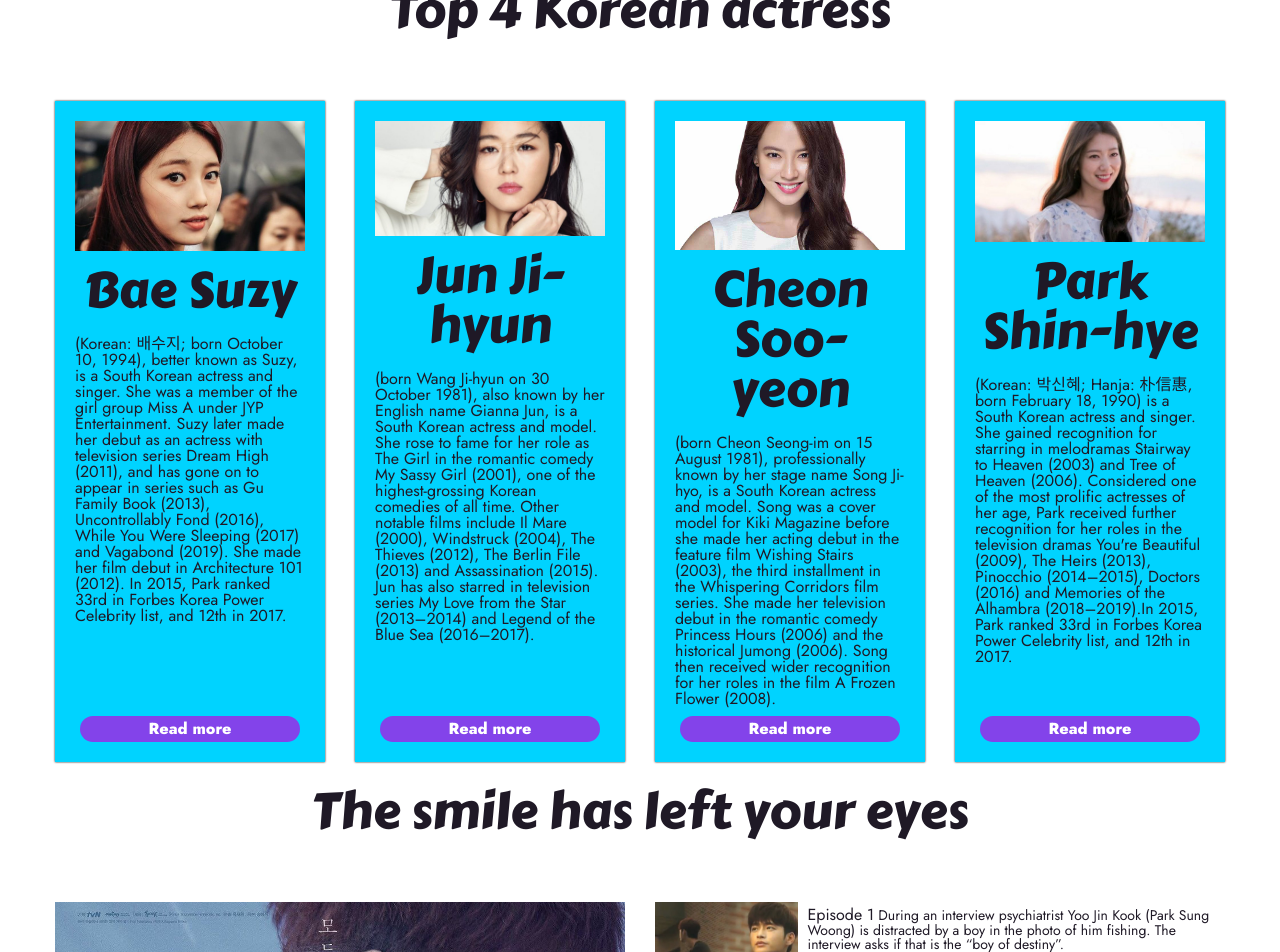
Repository: michalskirobert/K-drama-website
Page: index.html
An editor plug-in stored every save of this project. The page is shown before and after the next save, followed by the edit.
The browser window is 1280 px wide. The pictures show the part of the page from y = 585 to 1537 px (the page is 2857 px tall before and 2752 px after).
A picture or video elsewhere on the page could not be fetched, so the positions and the page height are approximate. Some web fonts or font styles are not loaded; a fallback is used.

Above is the page before, as saved 2020-10-26 21:35:22.

After the next save:
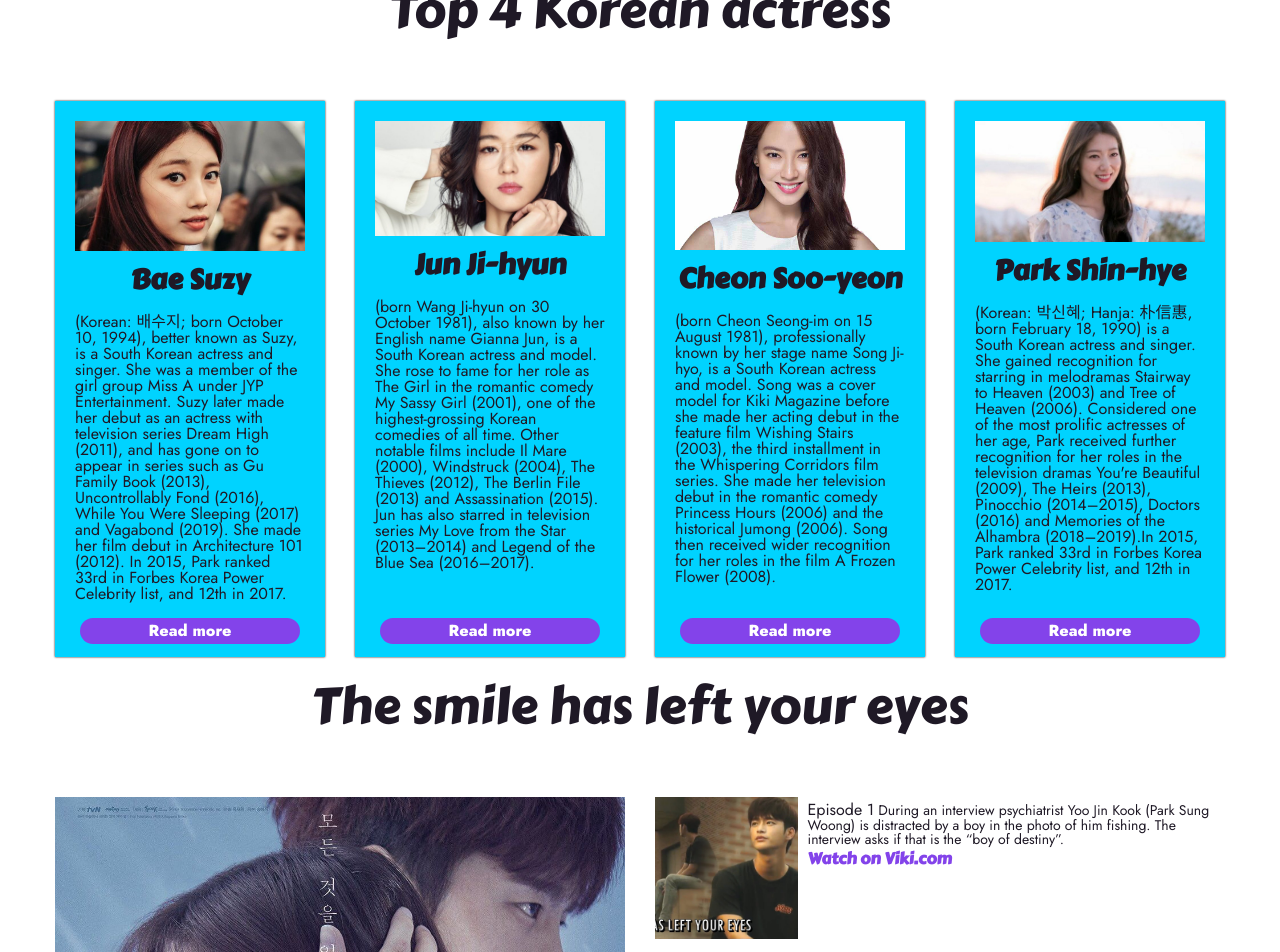
Saved 37 s later.
--- a/css/style.css
+++ b/css/style.css
@@ -211,6 +211,8 @@
 }
 
 .box__item h2 {
+  font-size: var(--fs-h2);
+  font-weight: var(--fw-h2);
   margin-bottom: 5px;
 }
 .box {
